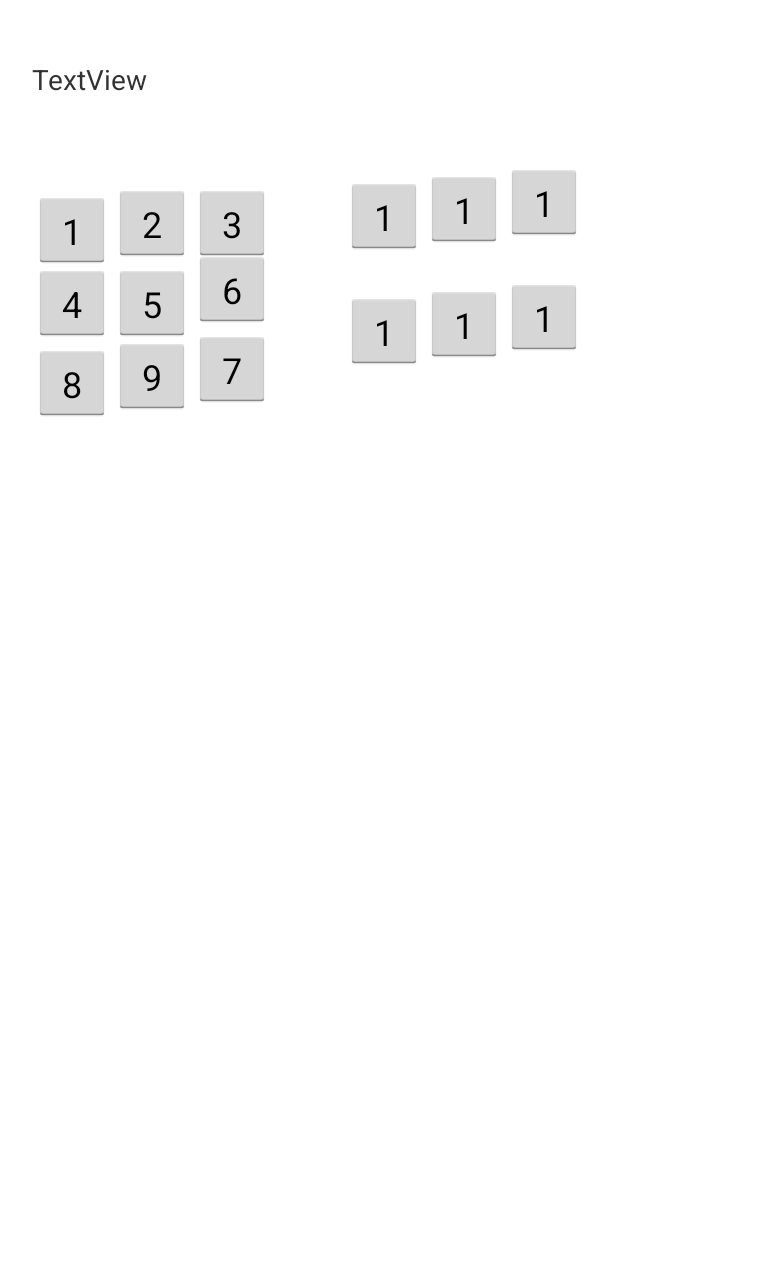
Repository: khushboop-optimus/Android-Assignment
Layout: calculator/res/layout/activity_main.xml
The author's editor kept a copy of each file at every save. The layout is drawn from the files as they stood at one save, then again after the next save.
It is drawn on a 768 x 1280 px phone screen (xhdpi) without system bars, with theme AppTheme; the app's code is not run.

Above is the layout before, as saved 2013-09-13 04:25:14.

After the next save:
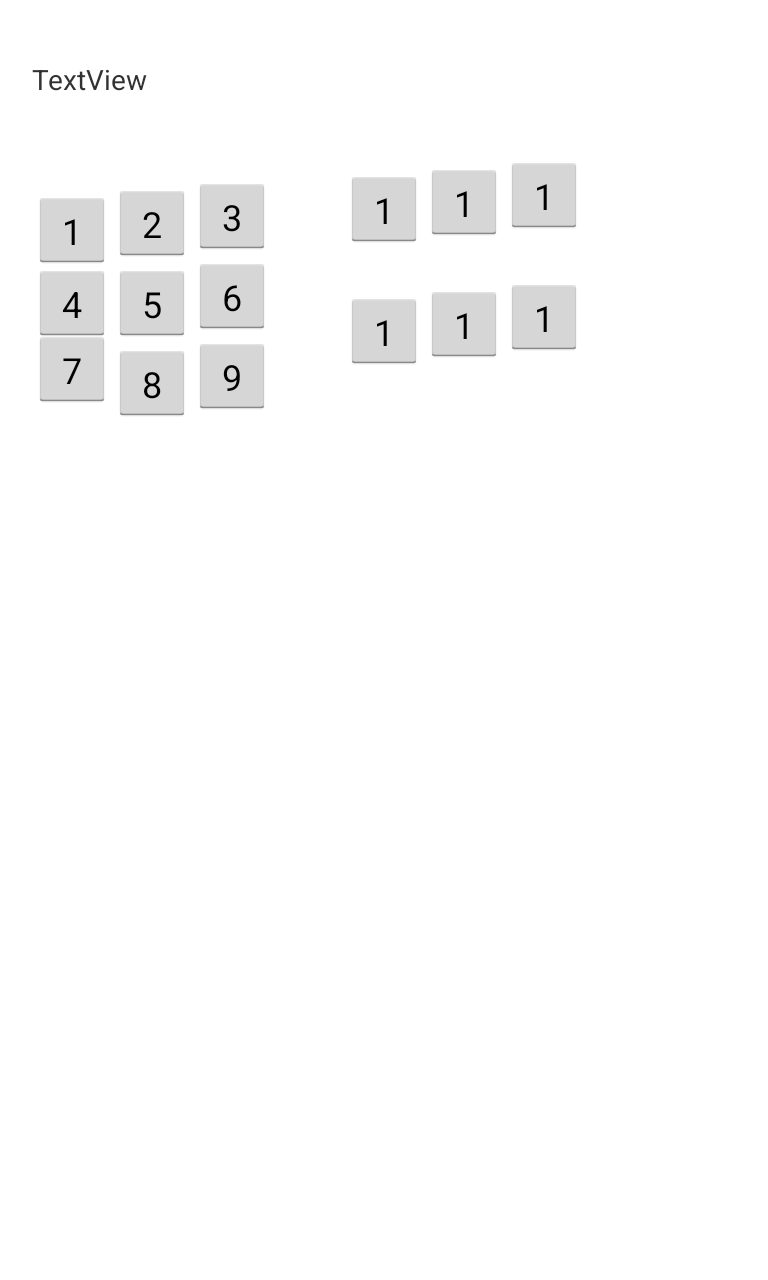
Saved 51 s later.
--- a/calculator/res/layout/activity_main.xml
+++ b/calculator/res/layout/activity_main.xml
@@ -27,46 +27,12 @@
                 android:text="4" />
 
             <Button
-                android:id="@+id/9"
-                android:layout_width="40dp"
-                android:layout_height="40dp"
-                android:layout_alignBaseline="@+id/8"
-                android:layout_alignBottom="@+id/8"
-                android:layout_alignLeft="@+id/2"
-                android:text="9" />
-
-            <Button
-                android:id="@+id/3"
-                android:layout_width="40dp"
-                android:layout_height="40dp"
-                android:layout_above="@+id/4"
-                android:layout_toRightOf="@+id/9"
-                android:text="3" />
-
-            <Button
-                android:id="@+id/7"
-                android:layout_width="40dp"
-                android:layout_height="40dp"
-                android:layout_alignBaseline="@+id/9"
-                android:layout_alignBottom="@+id/9"
-                android:layout_alignLeft="@+id/3"
-                android:text="7" />
-
-            <Button
                 android:id="@+id/5"
                 android:layout_width="40dp"
                 android:layout_height="40dp"
                 android:layout_below="@+id/2"
                 android:layout_toRightOf="@+id/1"
                 android:text="5" />
-
-            <Button
-                android:id="@+id/6"
-                android:layout_width="40dp"
-                android:layout_height="40dp"
-                android:layout_above="@+id/7"
-                android:layout_alignLeft="@+id/7"
-                android:text="6" />
 
             <TextView
                 android:id="@+id/textView1"
@@ -140,11 +106,46 @@
                 android:text="1" />
 
             <Button
+                android:id="@+id/7"
+                android:layout_width="40dp"
+                android:layout_height="40dp"
+                android:layout_alignBaseline="@+id/9"
+                android:layout_alignBottom="@+id/9"
+                android:layout_alignParentLeft="true"
+                android:text="7" />
+
+            <Button
+                android:id="@+id/9"
+                android:layout_width="40dp"
+                android:layout_height="40dp"
+                android:layout_alignBaseline="@+id/8"
+                android:layout_alignBottom="@+id/8"
+                android:layout_toRightOf="@+id/5"
+                android:text="9" />
+
+            <Button
                 android:id="@+id/8"
                 android:layout_width="40dp"
                 android:layout_height="40dp"
-                android:layout_alignLeft="@+id/4"
-                android:layout_below="@+id/4"
+                android:layout_below="@+id/5"
+                android:layout_toLeftOf="@+id/9"
                 android:text="8" />
 
+            <Button
+                android:id="@+id/3"
+                android:layout_width="40dp"
+                android:layout_height="40dp"
+                android:layout_alignBaseline="@+id/2"
+                android:layout_alignBottom="@+id/2"
+                android:layout_toRightOf="@+id/2"
+                android:text="3" />
+
+            <Button
+                android:id="@+id/6"
+                android:layout_width="40dp"
+                android:layout_height="40dp"
+                android:layout_above="@+id/9"
+                android:layout_toRightOf="@+id/5"
+                android:text="6" />
+
 </RelativeLayout>
